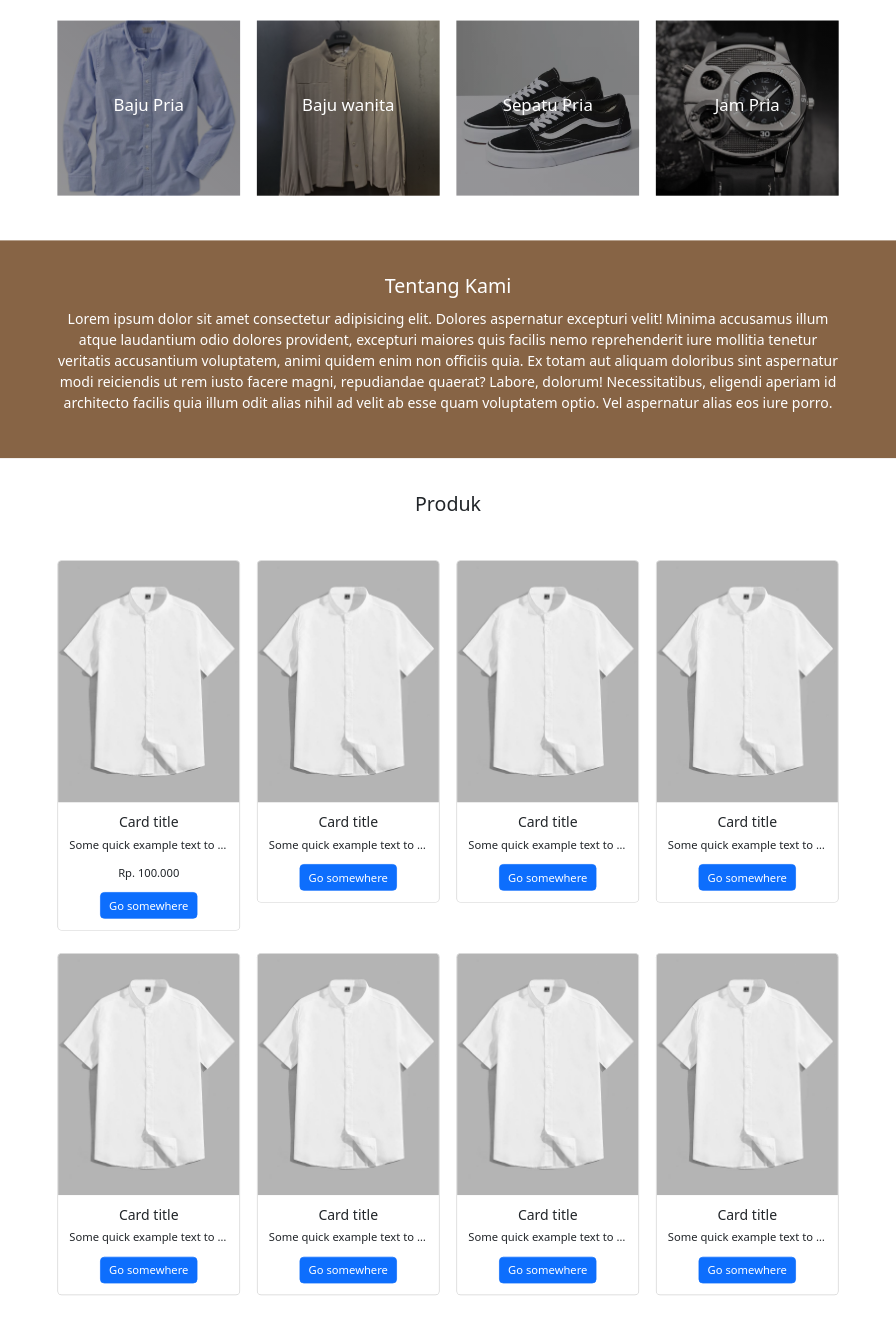
Repository: herman165/tugas_uas
Page: http://localhost/
These files come from the project's save history. The page is drawn as it stood at one moment and after the next save; the edit follows.
The browser window is 1280 px wide. The pictures show the part of the page from y = 749 to 2669 px (the page is 2663 px tall before and 2669 px after), at 70% of full size.
The page is run by PHP 8.4 with error messages shown; the project is at /var/www/html/.

Above is the page before, as saved 2024-12-10 01:47:38.

After the next save:
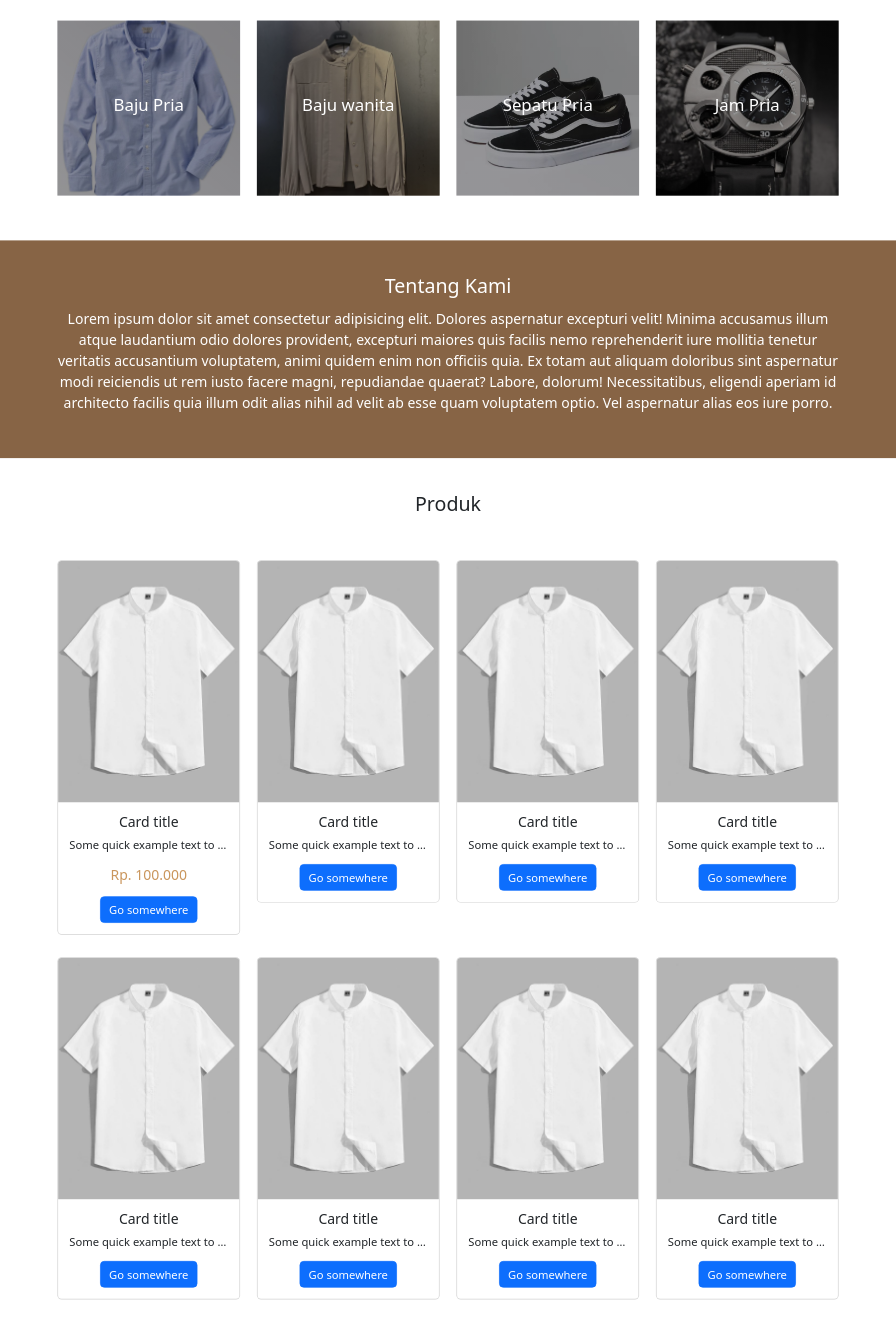
Saved 5 s later.
--- a/index.php
+++ b/index.php
@@ -78,7 +78,7 @@
                         <div class="card-body">
                             <h5 class="card-title">Card title</h5>
                             <p class="card-text text-truncate">Some quick example text to build on the card title and make up the bulk of the card's content.</p>
-                            <p class="card-text text">Rp. 100.000</p>
+                            <p class="card-text text-harga">Rp. 100.000</p>
                             <a href="#" class="btn btn-primary">Go somewhere</a>
                         </div>
                     </div>
